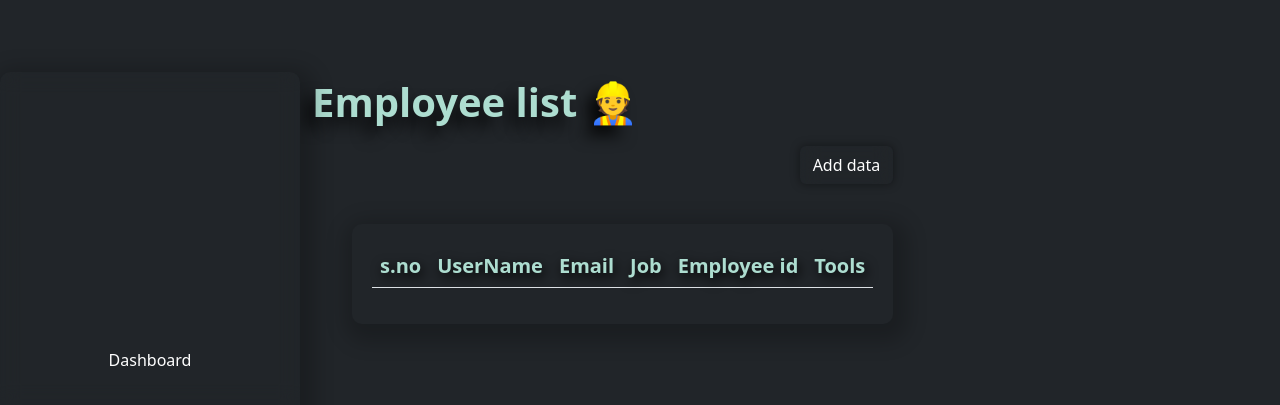
Repository: iamevs/Employee-Management-System
Page: /home (app in client/)
The author's editor kept a copy of each file at every save. The page is drawn from the files as they stood at one save, then again after the next save.
The browser window is 1280 px wide. The pictures show the whole page.
The page's requests for data from a server got no answer. The project was rebuilt for these pictures with package versions that can differ from the ones it lists, and the page was loaded fresh each time. No one was signed in, and anything a server would have sent is missing. Also part of the build but not shown: client/vite.config.js, client/src/components/Register.jsx, client/src/components/Edit.jsx, client/src/components/Hero.jsx. Imported but missing from the stored project, and not drawn on this page: client/src/components/Details.

Above is the page before, as saved 2022-11-29 01:36:40.

After the next save:
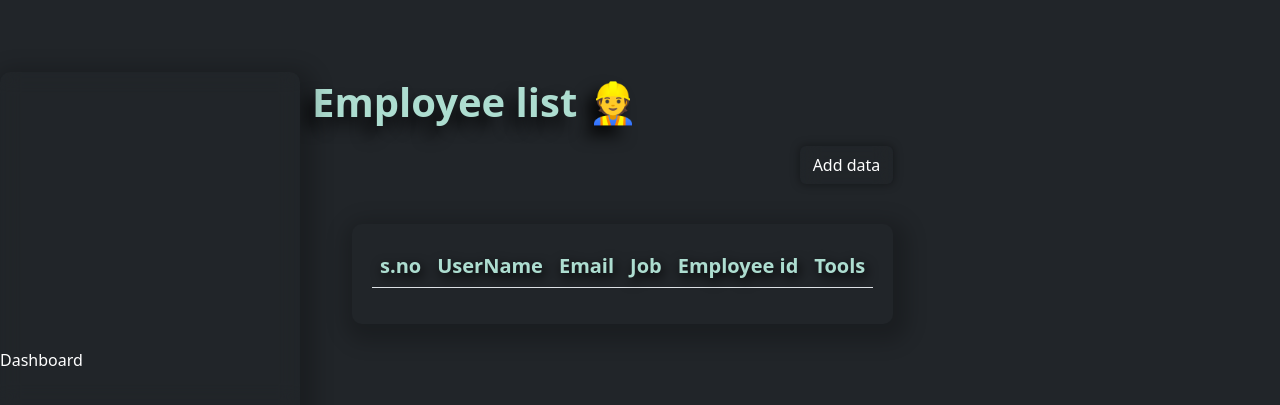
Saved 8 s later.
--- a/client/src/components/Navbar.jsx
+++ b/client/src/components/Navbar.jsx
@@ -44,7 +44,7 @@ const Navbar = () => {
         //         </Box>
         //     </Box>
         // </Stack>
-        <Stack direction={"column"} justifyContent={"center"} alignItems={"center"} sx={{
+        <Stack direction={"column"} justifyContent={"center"} sx={{
             backgroundColor: "transparent",
             backdropFilter: "blur(10px) !important",
             position: "relative",
